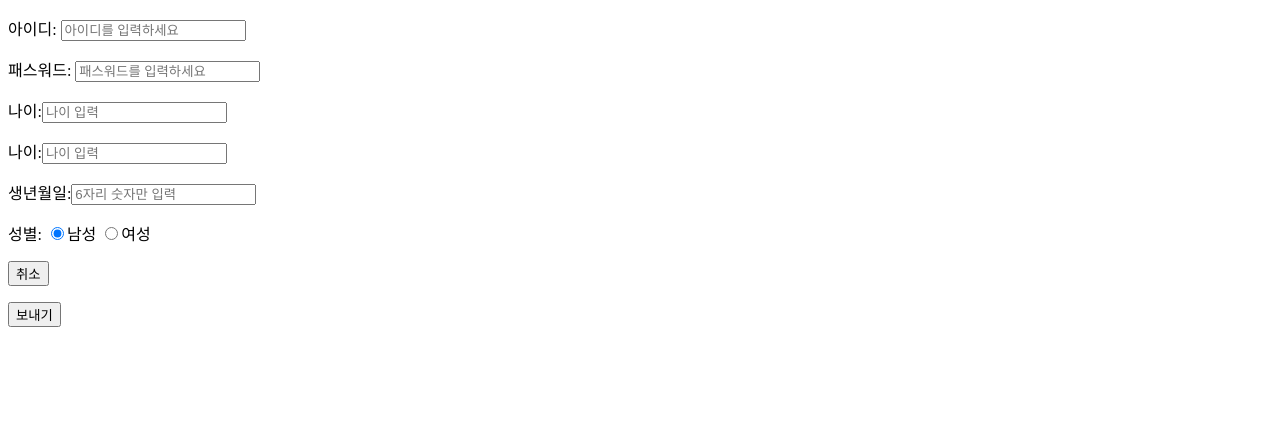
Repository: claddds/2023_webstudy
Page: 01_html/src/main/webapp/day04/ex01_form.html
These files come from the project's save history. The page is drawn as it stood at one moment and after the next save; the edit follows.
The browser window is 1280 px wide. The pictures show the whole page.

Above is the page before, as saved 2023-06-22 02:03:51.

After the next save:
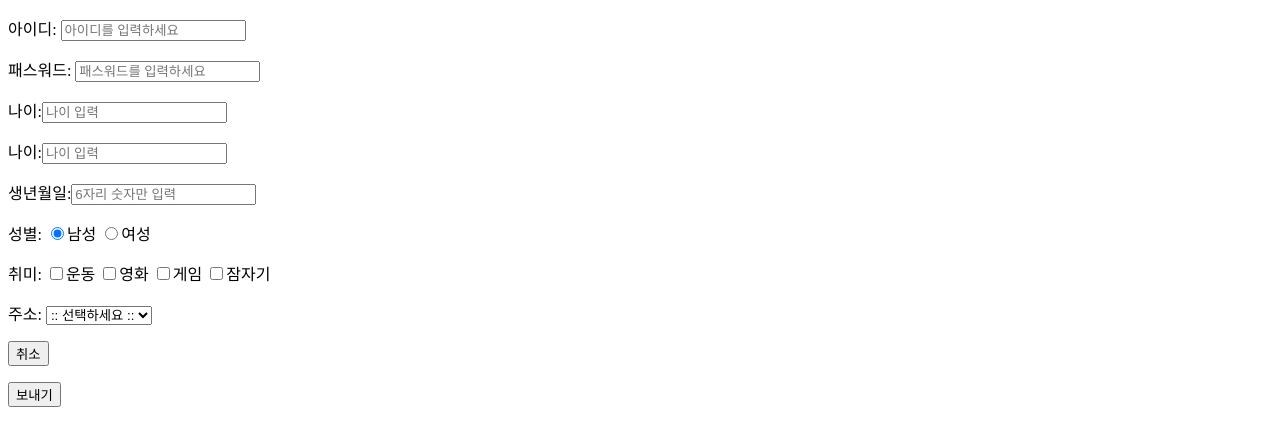
Saved 8 min 41 s later.
--- a/01_html/src/main/webapp/day04/ex01_form.html
+++ b/01_html/src/main/webapp/day04/ex01_form.html
@@ -67,6 +67,24 @@
 			<input type="radio" name="gender" value="남성" checked>남성
 			<input type="radio" name="gender" value="2">여성
 		</p>
+		<p>취미:
+			<!-- radio, checkbox, select 등은 name, value를 직접 입력하자 -->
+			<!-- checkbox도 name 하나로 지정한다. 여러개를 선택하면 서버에서는 배열로 받자 -->
+			<input type="checkbox" name="hobby" value="1">운동
+			<input type="checkbox" name="hobby" value="2">영화
+			<input type="checkbox" name="hobby" value="3">게임
+			<input type="checkbox" name="hobby" value="4">잠자기
+		</p>
+		<p>주소:
+			<select name="addr">
+				<option>:: 선택하세요 ::</option>
+				<option value="1">서울</option>
+				<option value="2">경기도</option>
+				<!-- value를 입력하지 않으면 텍스트가 value가 된다. -->
+				<option>제주도</option>
+				<option>해외</option>
+			</select>
+		</p>
 		<!-- reset, submit는 버튼에 새겨지는 글자 -->
 		<p><input type="reset" value="취소"></p>
 		<p><input type="submit" value="보내기"></p>
